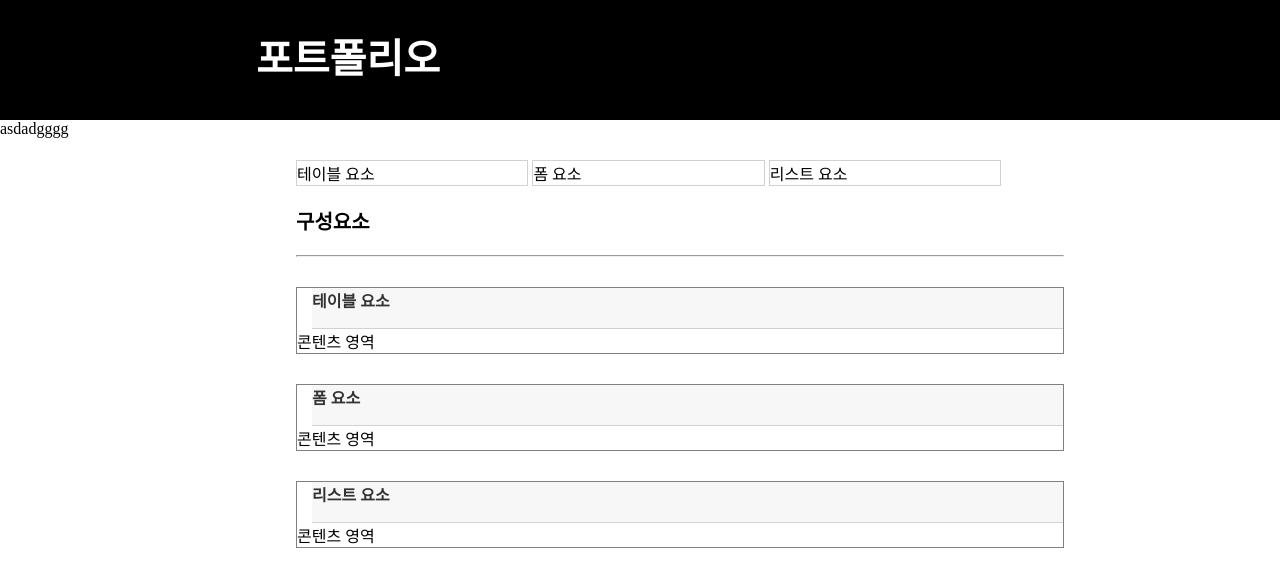
Repository: ItChoi/CSS-Study
Page: Css/WebContent/html/boostcourse/project-A1/portfolio.html
An editor plug-in stored every save of this project. The page is shown before and after the next save, followed by the edit.
The browser window is 1280 px wide. The pictures show the whole page.

Above is the page before, as saved 2019-06-18 10:46:18.

### Css/WebContent/html/boostcourse/project-A1/portfolio.html
<!DOCTYPE html>
<html>
<head>
	<link href="../../../css/boostcourse/project-A1/portfolio.css" rel="stylesheet" type="text/css">

</head>
<body>
	<div class="wrap">

		<div class="header">

		</div>

		<div class="content">

			<div class="con_header">
				<p class="title">포트폴리오</p>
			</div>

			<div class="con_content">

				<div class="button_list">
					<ul>
						<li class="button_elements">테이블 요소</li>
						<li class="button_elements">폼 요소</li>
						<li class="button_elements">리스트 요소</li>
					</ul>
				</div>

				<div class="element">
					<p class="element_title">구성요소</p>
					<hr/>

					<div class="elements_box">
						<div class="e_table ele">
							<div class="ele_title">
								<p class="ele_text">테이블 요소</p>
							</div>
							<div class="ele_content">
								콘텐츠 영역
							</div>
						</div>

						<div class="e_form ele">
							<div class="ele_title">
								<p class="ele_text">폼 요소</p>
							</div>
							<div class="ele_content">
								콘텐츠 영역
							</div>
						</div>

						<div class="e_list ele">
							<div class="ele_title">
								<p class="ele_text">리스트 요소</p>
							</div>
							<div class="ele_content">
								콘텐츠 영역
							</div>
						</div>

					</div>

				</div>

			</div>

		</div>

		<div class="footer">
		asdadgggg
		</div>


	</div>

</body>
</html>

### Css/WebContent/css/boostcourse/project-A1/portfolio.css
html, body, .wrap {
	margin: 0px;
	padding: 0px;
}

.header {
	width: 100%;
	height: 120px;
	background: #000;

	position: relative;
}

.content {
	position: absolute;
	top: 0;
	left: 20%;
	right: 20%;
}

.con_header {
	height: 120px;
}

.title {
	margin: 0px;
	color: #fff;
	font-size: 40px;
	font-weight: bold;
	line-height: 120px;
}

.con_content {
	width: 100%;
	padding-left: 40px;
	padding-right: 40px;
}

ul {
	margin: 0px;
	padding: 0px;
	margin-top: 40px;
	list-style: none;
}

.button_elements {
	display: inline-block;
	border:  1px solid #d1d1d1;
	width: 30%;
}

.button_elements:HOVER {
	background-color: #454545;
	font-weight: bold;
}

.element_title {
	font-size: 20px;
	color: #000;
	font-weight: bold;
}

hr {
/* 	border: 1px solid #454545; */
}

.elements_box {
	margin-top: 30px;
}

.ele {
	margin-bottom: 30px;
	border: 1px solid gray;
}

.ele_title {
	background-color: #f7f7f7;
	border-bottom: 1px solid #d1d1d1;
	height: 40px;
	margin-left: 15px;
}

.ele_text {
	margin: 0px;
	color: #333;
	font-size: 16px;
	font-weight: bold;
}

After the next save:
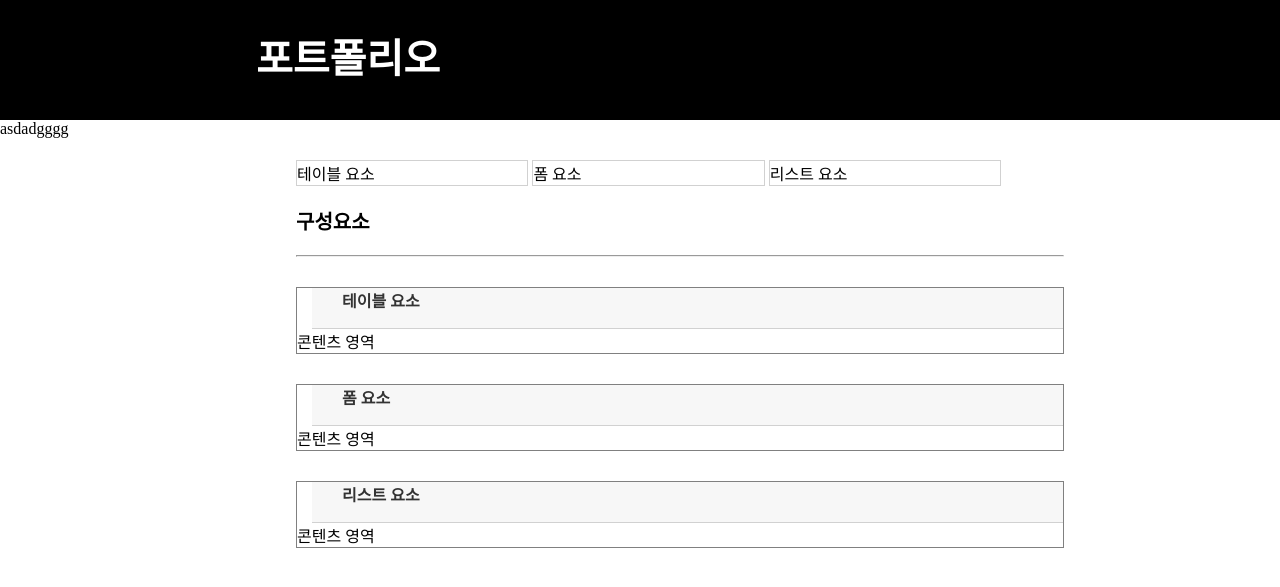
Saved 12 s later.
--- a/Css/WebContent/css/boostcourse/project-A1/portfolio.css
+++ b/Css/WebContent/css/boostcourse/project-A1/portfolio.css
@@ -82,6 +82,7 @@ hr {
 
 .ele_text {
 	margin: 0px;
+	margin-left: 30px;
 	color: #333;
 	font-size: 16px;
 	font-weight: bold;
